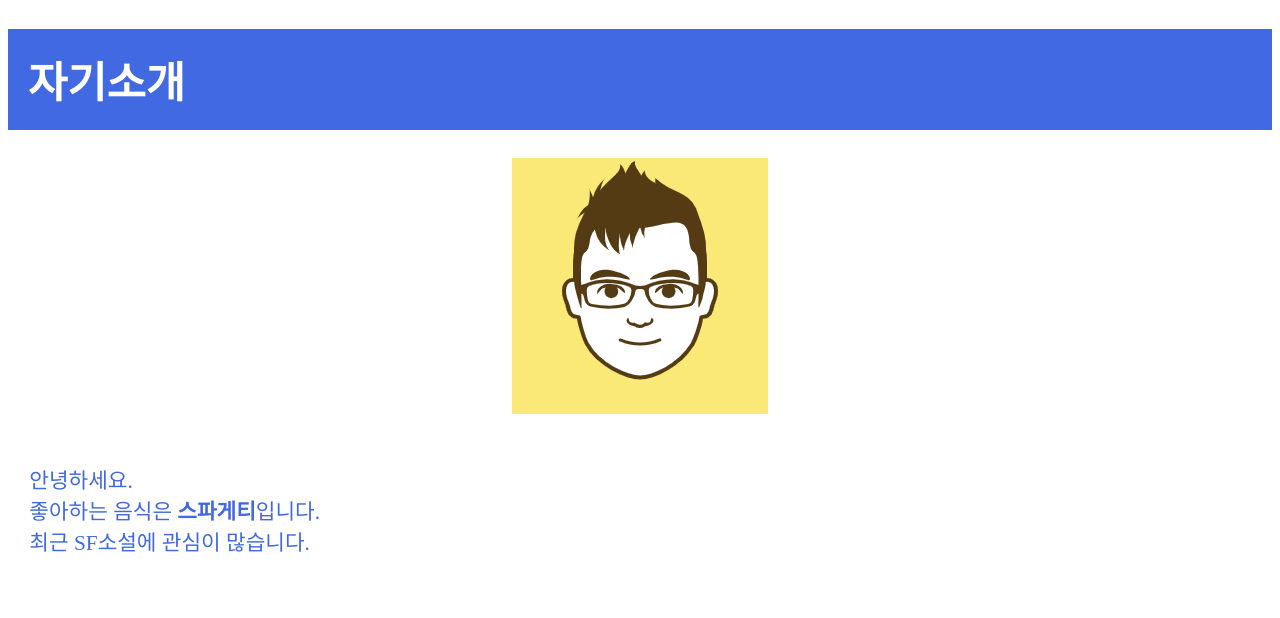
Repository: suhong99/htmlLecture
Page: cssWork1/src/main/webapp/index3.html
These files come from the project's save history. The page is drawn as it stood at one moment and after the next save; the edit follows.
The browser window is 1280 px wide. The pictures show the whole page.

Above is the page before, as saved 2023-06-22 06:42:34.

### cssWork1/src/main/webapp/index3.html
<!DOCTYPE html>
<html>
<head>
<meta charset="UTF-8">
<title>Insert title here</title>
<style type="text/css">
body{
	color: royalblue;
	font-size: 16pt;
}
h1{
	background-color:  royalblue;
	color:white;
	padding:20px;
}
.center{
text-align:center;
}
p.border{
padding:1em;
}
</style>
</head>
<body>

<h1>자기소개</h1>

<p class="center">
	<img alt="자화상이미지"  src="./image/img.png">
</p>
<p class="border">
안녕하세요.<br>
좋아하는 음식은 <strong>스파게티</strong>입니다.<br>
최근 SF소설에 관심이 많습니다.
</p>
</body>
</html>

After the next save:
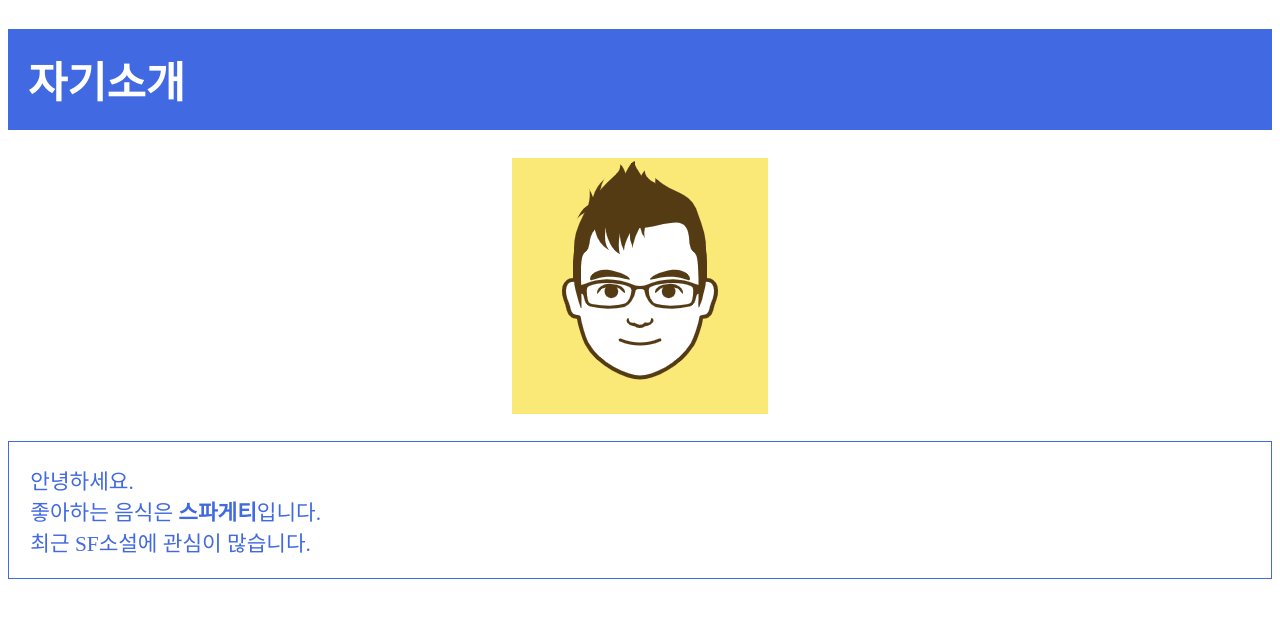
Saved 26 s later.
--- a/cssWork1/src/main/webapp/index3.html
+++ b/cssWork1/src/main/webapp/index3.html
@@ -18,6 +18,7 @@ text-align:center;
 }
 p.border{
 padding:1em;
+border:1px solid royalblue;
 }
 </style>
 </head>
